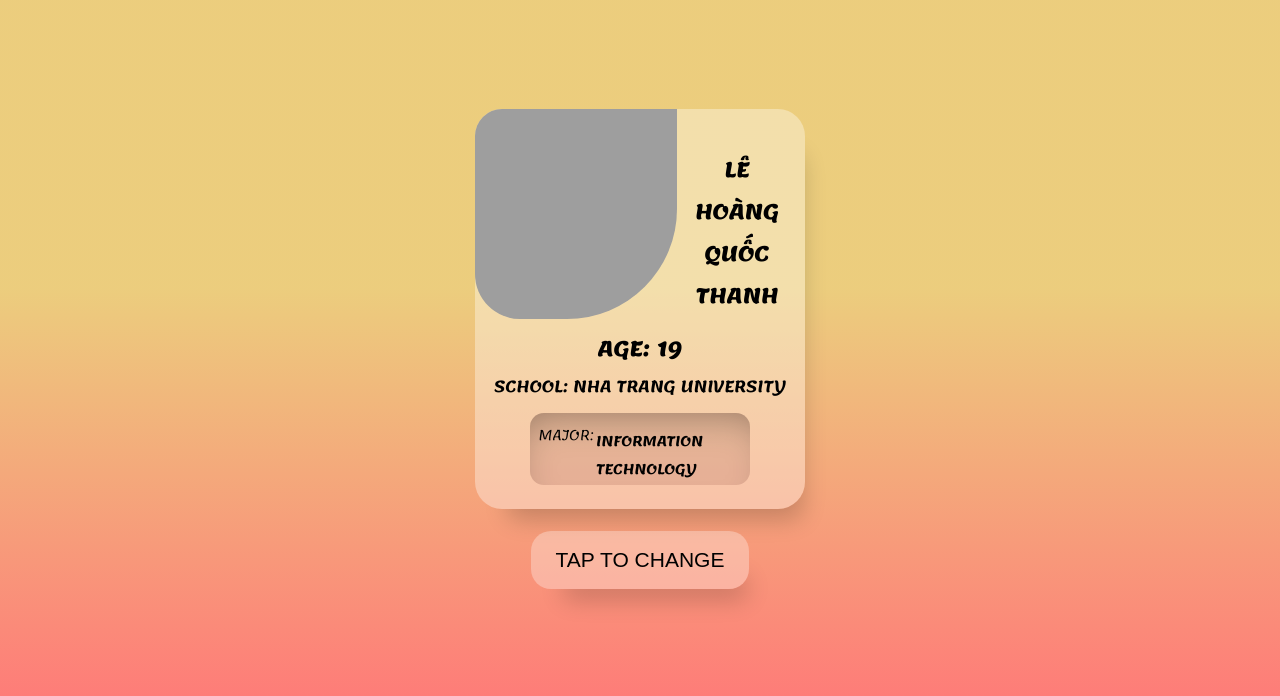
Repository: ThanhThn/profile
Page: index.html
These files come from the project's save history. The page is drawn as it stood at one moment and after a run of saves; the edit follows.
The browser window is 1280 px wide. The pictures show the whole page.
Pictures or frames that could not be fetched are drawn as grey boxes. Some web fonts or font styles are not loaded; a fallback is used.

Above is the page before, as saved 2022-12-05 20:29:29.

### index.html
<!DOCTYPE html>
<html lang="en">
<head>
    <meta charset="UTF-8">
    <meta http-equiv="X-UA-Compatible" content="IE=edge">
    <meta name="viewport" content="width=device-width, initial-scale=1.0">
    <title>Document</title>
    <link rel="stylesheet" href="style.css">
</head>
<body>
    <div class="container">
        <div class="content">
            <img src="avata.jpg" alt="avatar">
            <span class="name">LÊ hoàng quốc thanh</span>
            <span class="age" ></span>
            <span id="school">school: nha trang university</span>
            <div class="major">
                <span id = "major">Major:</span>
                <span id = "major--name">information technology</span>
            </div>
        </div>
        <button class="btn">tap to change</button>
    </div>

    <script>
        var ages = new Date().getFullYear() - 2003;
        var text = document.getElementsByClassName("age");
        for(let i = 0; i < text.length; i++){
            text[i].innerHTML = `age: ${ages}`;
        }
    </script>
</body>
</html>

### style.css
@import url('https://fonts.googleapis.com/css2?family=Kodchasan:wght@700&family=Lemonada:wght@300;600;700&family=Pacifico&display=swap');
*{
    padding: 0;
    margin: 0;
    box-sizing: border-box;
}

body{
    background:  linear-gradient( to bottom, rgba(223, 172,39,60%) 40%, rgba(255,22,22,58%) 100% );
    width: 100%;
    height: 100vh;
}
.container{
    position: absolute;
    top: 50%;
    left: 50%;
    transform: translate(-50%, -50%);
    display: flex;
    flex-direction: column;
    align-items: center;
}

.content{
    width: 330px;
    height: 400px;
    background: rgba(255, 255, 255, 35%);
    border-radius: 27px;
    box-shadow: rgba(0, 0, 0, .2) 15px 28px 25px -18px;
}

.content img{
    width: 202px;
    height: 210px;
    border-radius: 27px 0 110px 45px;
    object-fit: cover;
    object-position: -32px 0;
}
span{
    width: 104px;
    font-size: 21px;
    text-transform: uppercase;
    font-weight: 700;
    font-family: 'Lemonada', cursive;
}
.content .name{
    position: absolute;
    text-align: center;
    top: 40px;
    left: 210px;
}

.content .age{
    display: block;
    position: relative;
    width: 100%;
    top: 5px;
    text-align: center;
}
#school{
    font-size: 16px;
    font-weight: 600;
    display: block;
    width: 100%;
    text-align: center;
    position: relative;
    top:5px;
}

.major{
    width: 220px;
    height: 72px;
    background-color: rgba(126, 48, 40, .15);
    border-radius: 14px;
    box-shadow: 3px 20px 39px -19px rgba(0,0,0,0.35) inset;
    -webkit-box-shadow: 3px 20px 39px -19px rgba(0,0,0,0.35) inset;
    -moz-box-shadow: 3px 20px 39px -19px rgba(0,0,0,0.35) inset;
    margin: 16px auto 0 auto;
    padding: 8px;
    position: relative;
}

.major #major{
    font-weight: 300;
    font-size: 14px;
}

.major #major--name{
    display: block;
    position: absolute;
    top: 20%;
    left: 30%;
    font-weight: 600;
    font-size: 14px;
}
.btn{
    background: rgba(255, 255, 255, .3);
    width: 218px;
    height: 58px;
    border-radius: 20px;
    border: none;
    margin: 22px;
    font-family: 'Kodchasan', sans-serif;
    font-size: 21px;
    text-transform: uppercase;
    box-shadow: rgba(0, 0, 0, .2) 15px 28px 25px -18px;
    background-position: 0 90%;
    background-repeat: repeat no-repeat;

}

.btn:hover {
    box-shadow: rgba(0, 0, 0, .3) 2px 8px 8px -5px;
    transform: translate3d(0, 2px, 0);
}


.btn:focus {
  box-shadow: rgba(0, 0, 0, .3) 2px 8px 4px -6px;
}

After the next 2 saves:
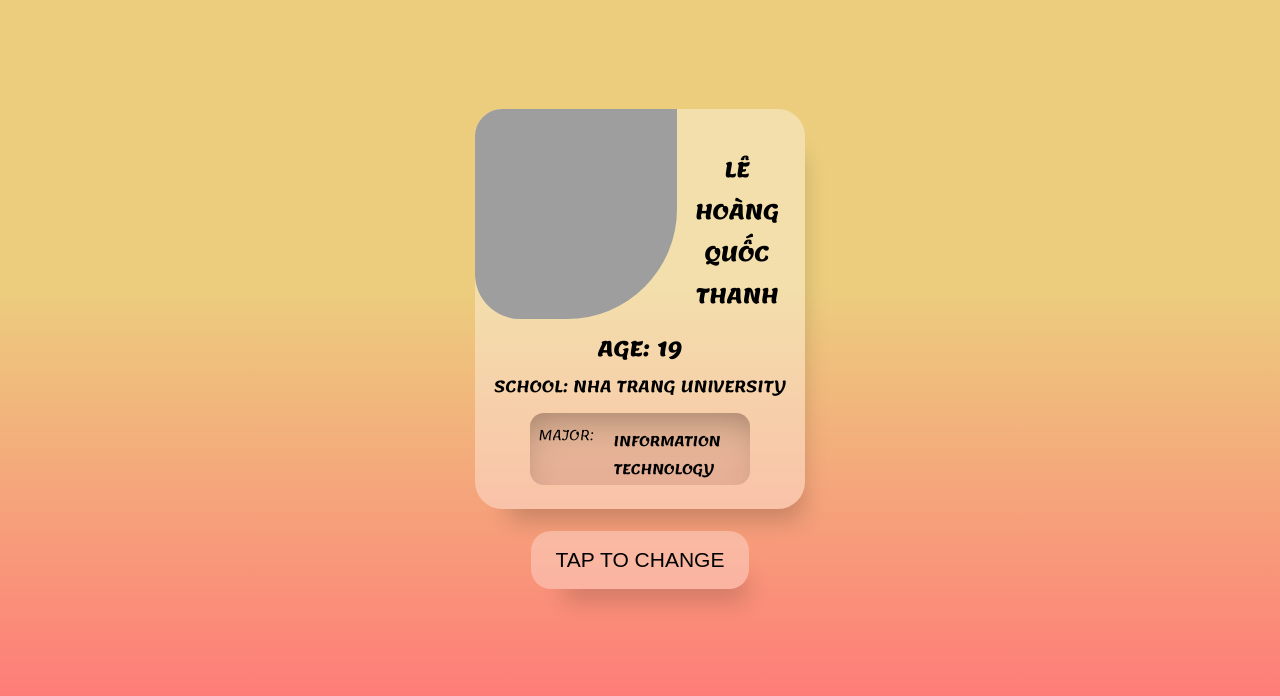
The 2 saves are shown as one change because they came seconds apart.
The last was saved 7 s later.
--- a/style.css
+++ b/style.css
@@ -88,7 +88,7 @@ span{
     display: block;
     position: absolute;
     top: 20%;
-    left: 30%;
+    left: 38%;
     font-weight: 600;
     font-size: 14px;
 }
